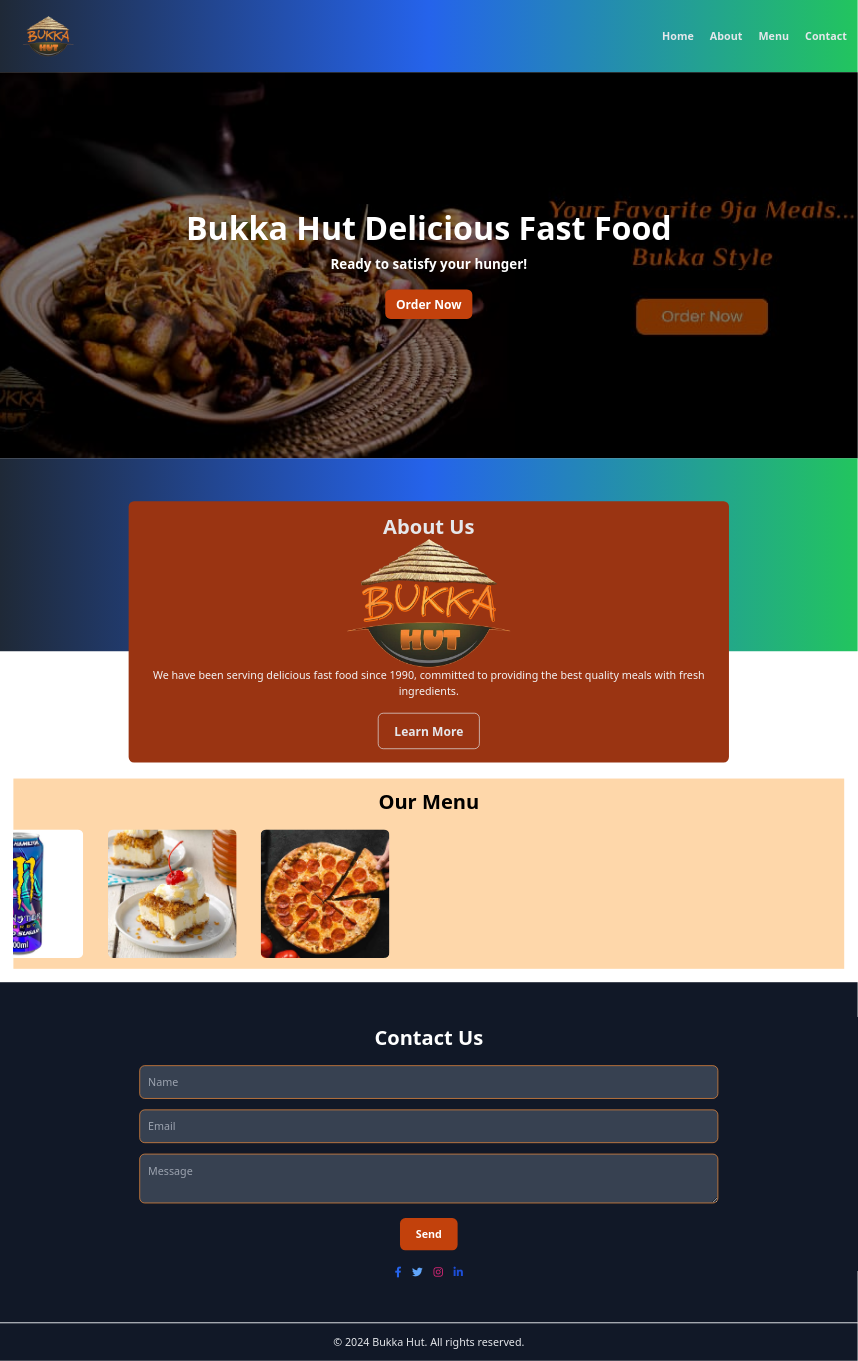
Repository: countaustin1990/BUKKAHUT
Page: INDEX.HTML
These files come from the project's save history. The page is drawn as it stood at one moment and after the next save; the edit follows.
The browser window is 1280 px wide. The pictures show the whole page, at 67% of full size.
Some web libraries are served in a nearby version.

Above is the page before, as saved 2024-08-25 01:40:49.
Console error: TypeError: Cannot read properties of null (reading 'addEventListener')

After the next save:
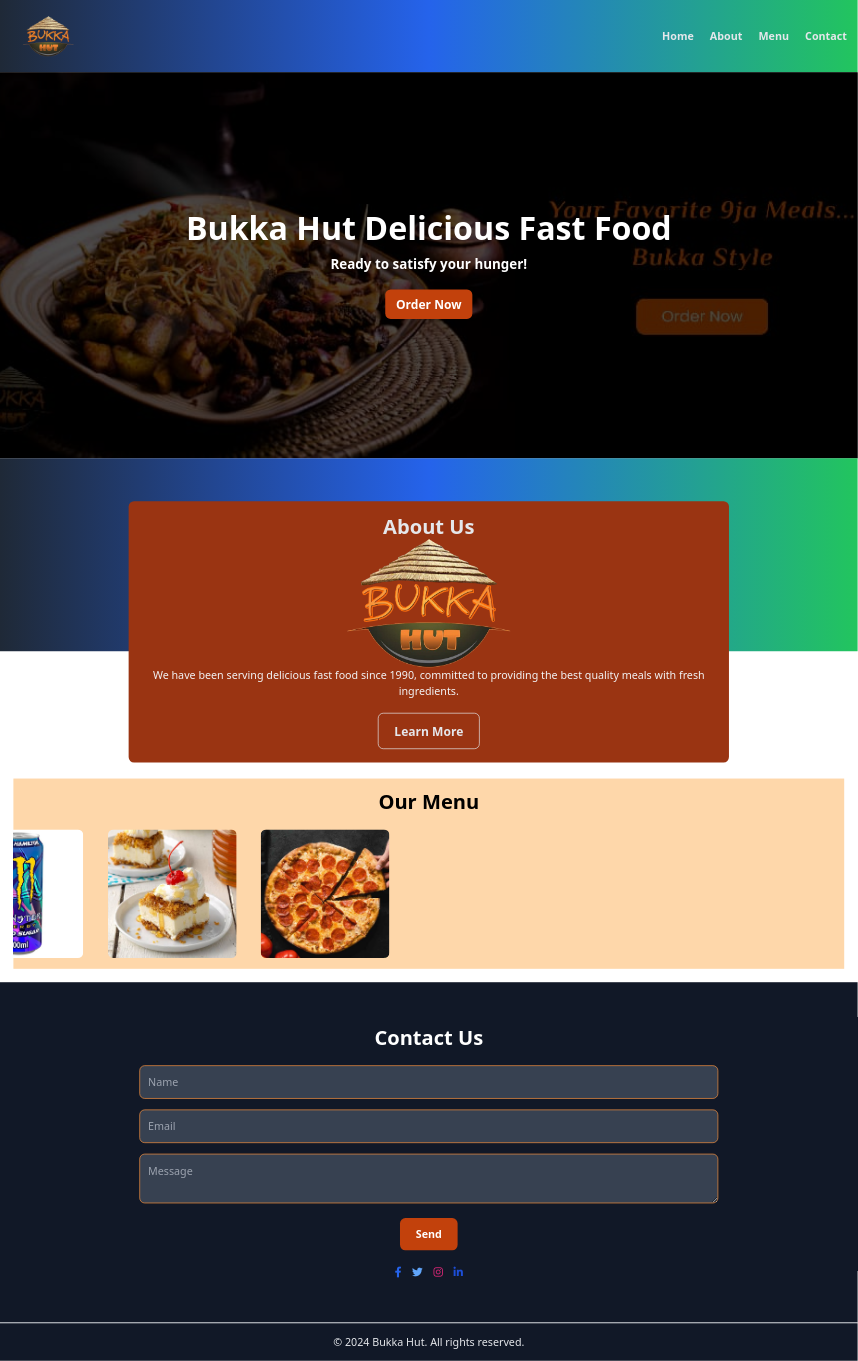
Saved 24 s later.
--- a/INDEX.HTML
+++ b/INDEX.HTML
@@ -66,7 +66,7 @@
   </nav>
     <!-- Hero Section -->
     <header id="home" class="bg-cover bg-center h-screen" style="background-image: url('hero.jpg');">
-    <div class="flex flex-col items-center justify-center h-full bg-black bg-opacity-50 text-center text-white">
+    <div class="flex flex-col items-center justify-center h-full bg-black bg-opacity-70 text-center text-white">
         <h1 class="text-5xl font-bold mb-4">Bukka Hut Delicious Fast Food</h1>
         <p class="text-xl mb-6 font-semibold">Ready to satisfy your hunger!</p>
         <a href="Menu.html" class="bg-orange-700 hover:bg-orange-600 text-white py-2 px-4 rounded-lg text-lg font-bold">Order Now</a>
